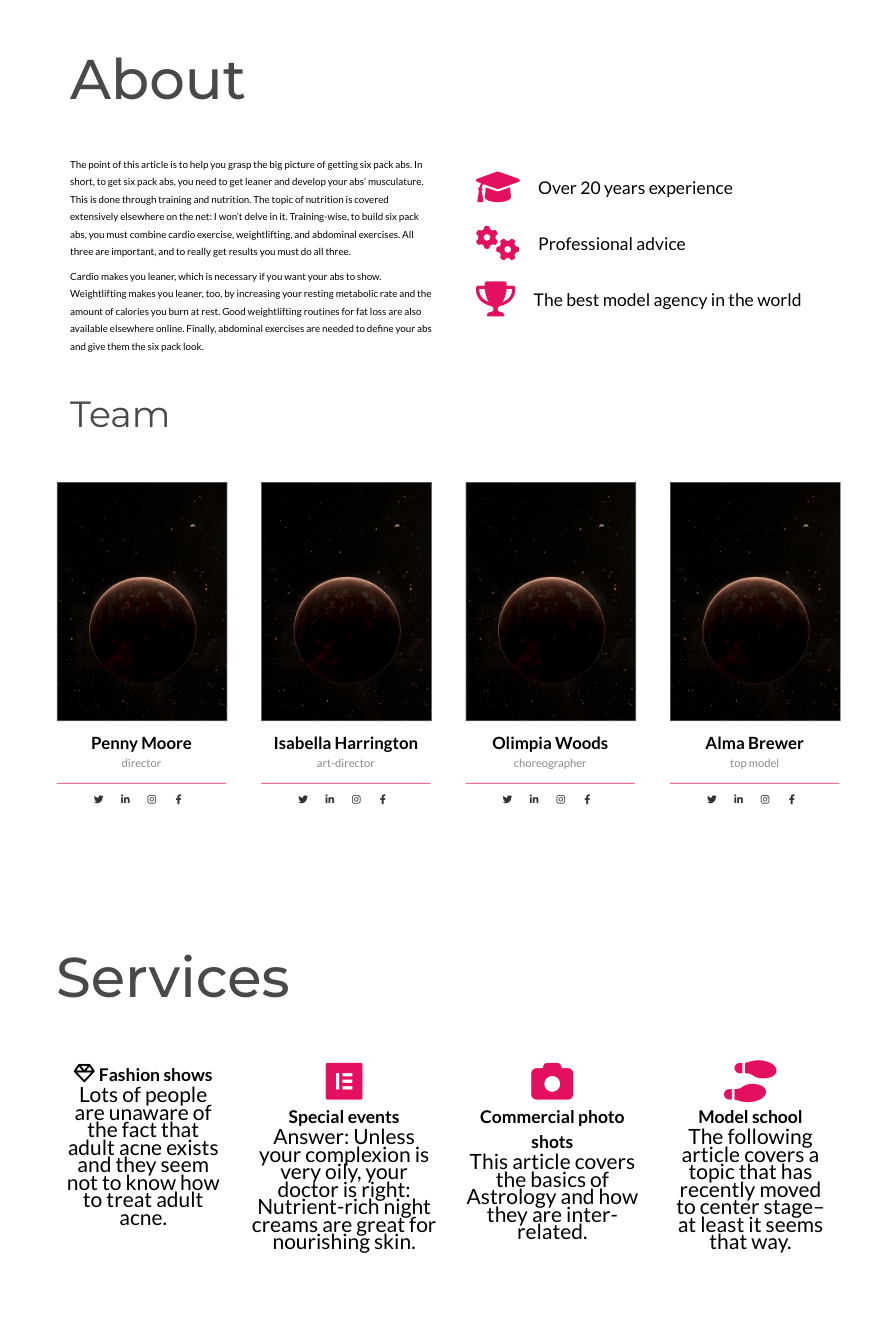
Repository: soniaarefin/cosmo
Page: index.html
An editor plug-in stored every save of this project. The page is shown before and after the next save, followed by the edit.
The browser window is 1280 px wide. The pictures show the part of the page from y = 739 to 2659 px (the page is 2634 px tall before and 2659 px after), at 70% of full size.

Above is the page before, as saved 2021-11-09 21:32:34.

After the next save:
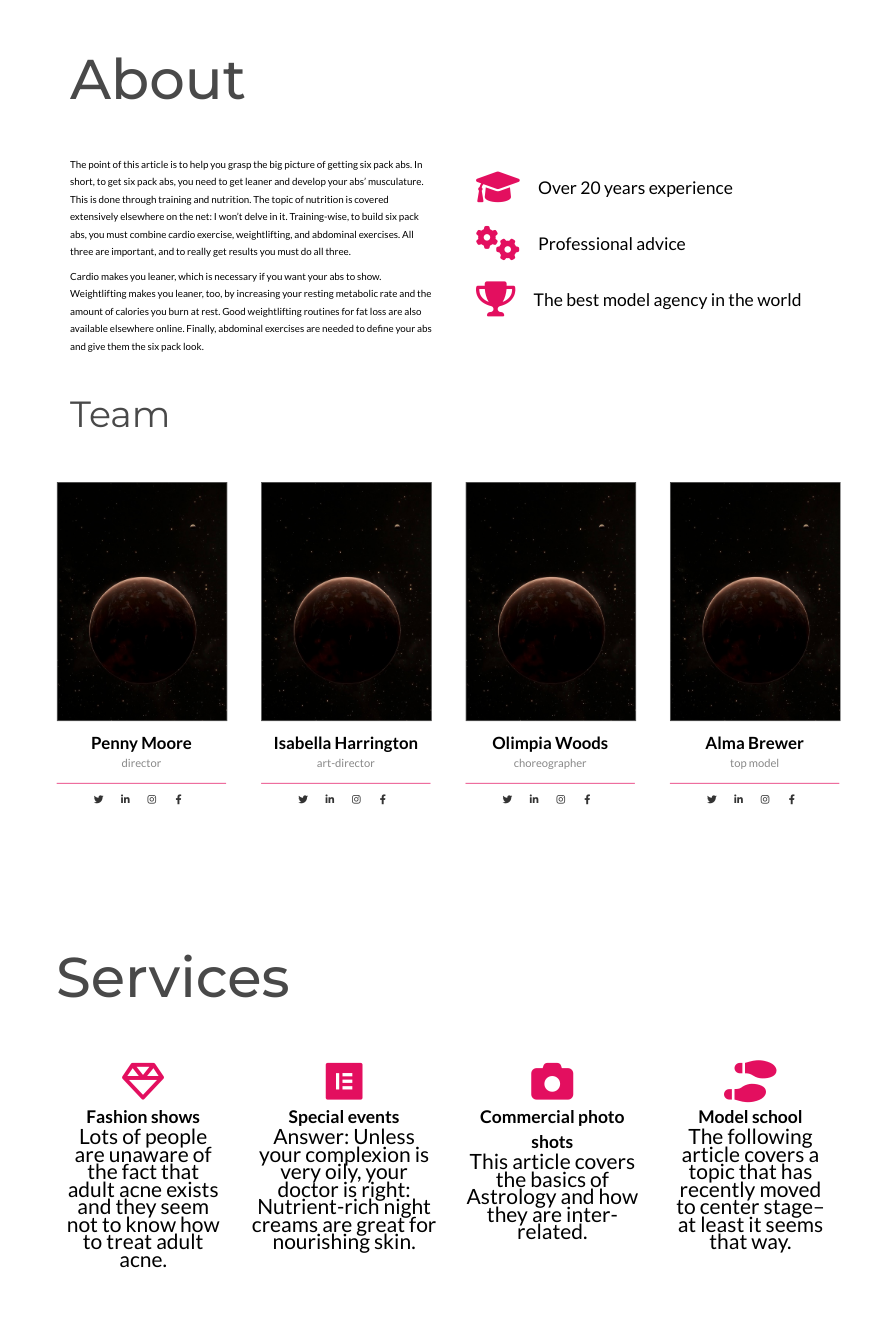
Saved 6 s later.
--- a/index.html
+++ b/index.html
@@ -178,7 +178,7 @@
                 </div>
                 <div class="grid-container service-container">
                     <div class="services-grid_item">
-                        <i class="sevices-icon fa-regular fa-gem"></i>
+                        <i class="services-icon fa-regular fa-gem"></i>
                         <span class="services-span">Fashion shows</span>
                         <p class="service-paragraph">Lots of people are unaware of the fact that adult acne exists and they seem not to know how to treat adult acne.</p>
                     </div>
